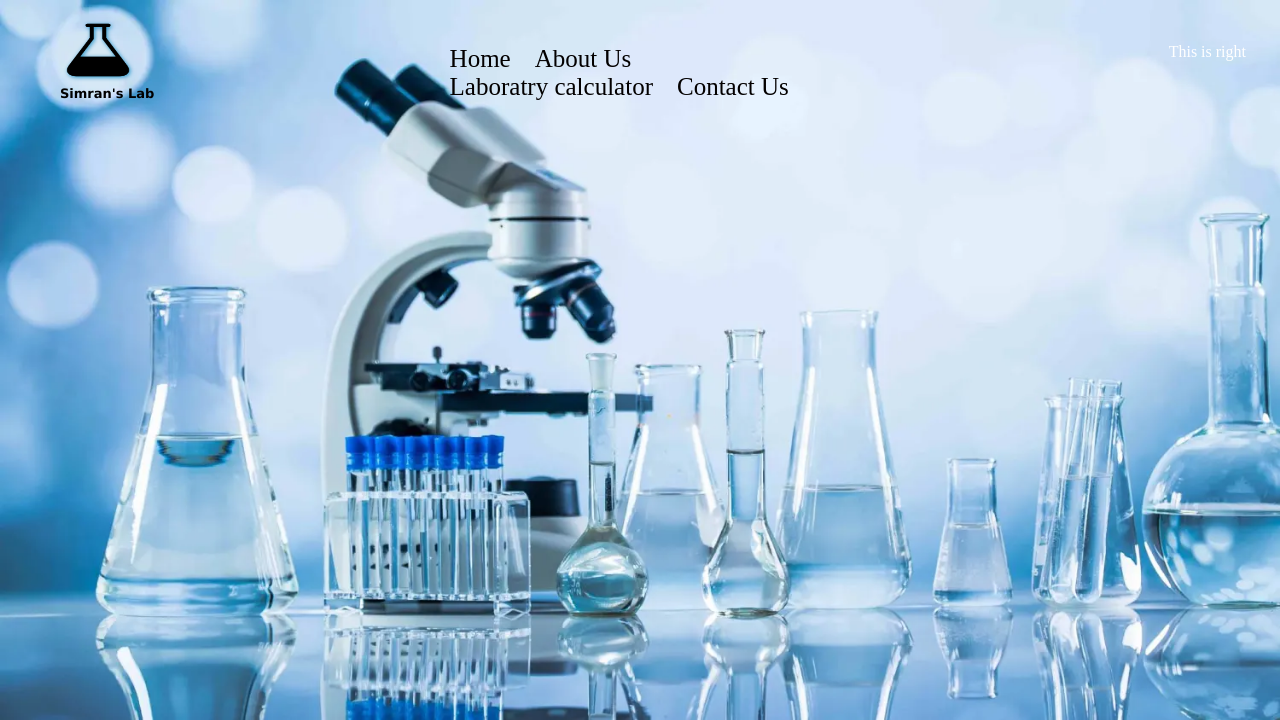
Repository: raisingh22/Simranlearning
Page: html css java/website/index.html
These files come from the project's save history. The page is drawn as it stood at one moment and after the next save; the edit follows.
The browser window is 1280 px wide. The pictures show the whole page.

Above is the page before, as saved 2024-01-01 18:48:10.

### html css java/website/index.html
<!DOCTYPE html>
<html lang="en">
<head>
    <meta charset="UTF-8">
    <meta name="viewport" content="width=device-width, initial-scale=1.0">
    <title>Simran's Lab</title>
</head>
<link rel="stylesheet" href="css/style.css">
<style>
    body {
        /* font-family: Impact, Haettenschweiler, 'Arial Narrow Bold', sans-serif; */
        color : white;
        padding: 0px;
        margin: 0px;
        background: url('img/bg2.webp');
        background-size:     cover;
        background-repeat:   no-repeat;
        }
    .left {
        display: inline-block;
        position: absolute;
        left: 60px;
        top: 20px;
        /* background-color: rgba(250, 235, 215, 0.943); */
        /* border: 2px solid #dad5d573; */
    }
    .left img{
        width: 76px;
        height: 60px;
        /* box-shadow: 10px 10px 20px rgb(167, 39, 39); */
        filter: drop-shadow(1px 1px 2px rgb(29, 144, 197));
        /* filter: invert(100%); */
    }
    .left div {
        font-family: 'Lucida Sans', 'Lucida Sans Regular', 'Lucida Grande', 'Lucida Sans Unicode', Geneva, Verdana, sans-serif;
        line-height: 19px;
        font-size: 13px;
        font-weight: bolder;
        color: black;
        text-align: center;
    }
    .mid{
        display: block;
        width: 36%;
        margin: 29px auto;
        /* border: 2px solid #427e56; */
        /* background-color: #b7b1b164; */
    }
    .right {
        position: absolute;
        right: 34px;
        top: 43px;
        display: inline-block;
        /* border: 2px solid #f058ed; */

    }
    .navbar{
        display: inline-block;
        /* padding: 0px 25px; */
    }
    .navbar li{
        display: inline-block;
        font-size: 25px;
        margin-right: 20px;
        /* border: 1px solid rgb(214, 161, 161); */
    }
    .navbar li a{
        color: rgb(3, 0, 0);
        text-decoration: none;
        /* padding: 5px 10px; */
        /* margin: ; */
        /* background-color: rgba(0, 0, 0, 0.607); */
    }
    .navbar li a:hover, .navbar li a.active{
        text-decoration: underline;
        color: grey;
    }

</style>
<body>
    <header class="header">
        <div class="left">
            <img src="img/logo2.png" alt="">
            <div>Simran's Lab</div>
        </div>
        <div class="mid">
            <ul class="navbar">
                <li><a href="#">Home</a></li>
                <li><a href="#">About Us</a></li>
                <li><a href="#">Laboratry calculator</a></li>
                <li><a href="#">Contact Us</a></li>
            </ul>

        </div>
        <div class="right">
            This is right

        </div>
    </header>

</body>
</html>

Loaded but not shown: html css java/website/css/style.css (no stored copy; drawn as an empty file)

After the next save:
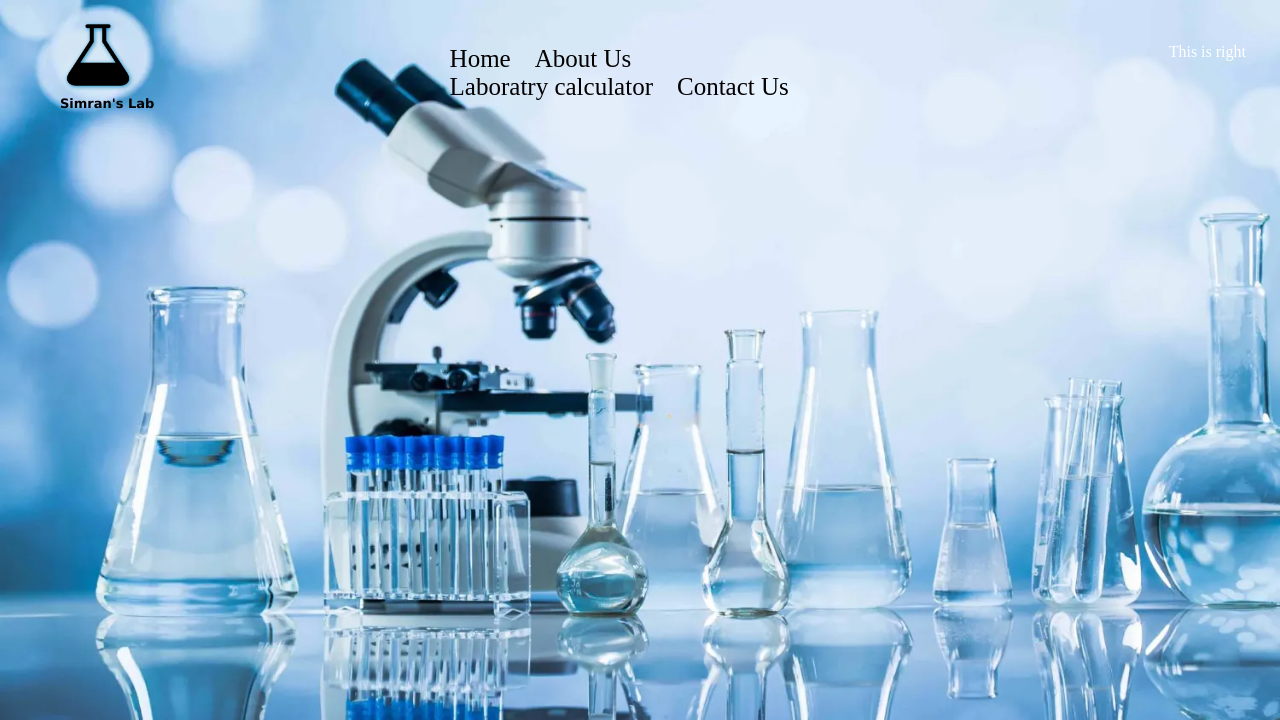
Saved 6 s later.
--- a/html css java/website/index.html
+++ b/html css java/website/index.html
@@ -26,7 +26,7 @@
     }
     .left img{
         width: 76px;
-        height: 60px;
+        height: 70px;
         /* box-shadow: 10px 10px 20px rgb(167, 39, 39); */
         filter: drop-shadow(1px 1px 2px rgb(29, 144, 197));
         /* filter: invert(100%); */
